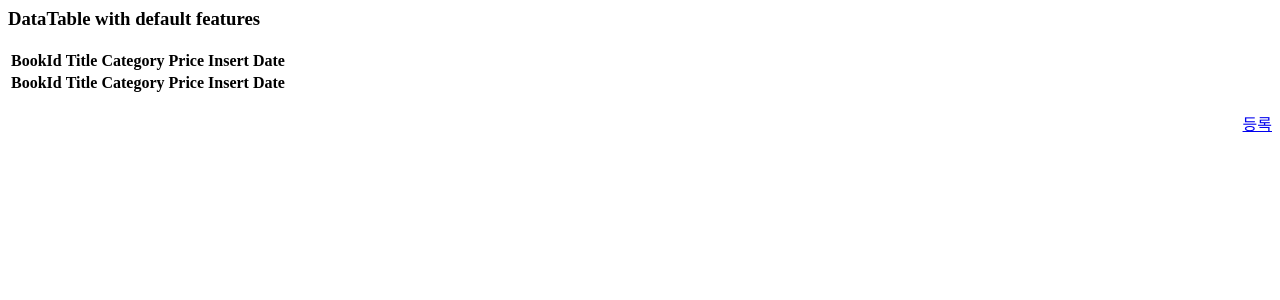
Repository: loy18/SPRING
Page: http://localhost/egovProj/WEB-INF/views/book/list.jsp
An editor plug-in stored every save of this project. The page is shown before and after the next save, followed by the edit.
The browser window is 1280 px wide. The pictures show the whole page.
The page is served by Tomcat 9. Nobody is signed in. Other server files are loaded and not shown. The template is opened directly, without the code that normally fills it, so the values that code supplies are empty.

Above is the page before, as saved 2022-11-14 07:39:42.

### egovProj/src/main/webapp/WEB-INF/views/book/list.jsp
<%@ page language="java" contentType="text/html; charset=UTF-8"%>
<%@ taglib prefix="c" uri="http://java.sun.com/jsp/jstl/core"%>
<%@ taglib prefix="fmt" uri="http://java.sun.com/jsp/jstl/fmt"%>
<div class="card">
	<div class="card-header">
		<h3 class="card-title">DataTable with default features</h3>
	</div>
	<div class="card-body">
		<div id="example1_wrapper" class="dataTables_wrapper dt-bootstrap4">
			<div class="row">
				<div class="col-sm-12">
					<table id="example1"
						class="table table-bordered table-striped dataTable dtr-inline"
						aria-describedby="example1_info">
						<thead>
							<tr>
								<th class="sorting sorting_asc" tabindex="0"
									aria-controls="example1" rowspan="1" colspan="1"
									aria-sort="ascending"
									aria-label="BookId: activate to sort column descending"
									cursorshover="true">BookId</th>
								<th class="sorting" tabindex="0" aria-controls="example1"
									rowspan="1" colspan="1"
									aria-label="Title: activate to sort column ascending"
									cursorshover="true">Title</th>
								<th class="sorting" tabindex="0" aria-controls="example1"
									rowspan="1" colspan="1"
									aria-label="Category: activate to sort column ascending"
									cursorshover="true">Category</th>
								<th class="sorting" tabindex="0" aria-controls="example1"
									rowspan="1" colspan="1"
									aria-label="Price: activate to sort column ascending">Price</th>
								<th class="sorting" tabindex="0" aria-controls="example1"
									rowspan="1" colspan="1"
									aria-label="Insert Date: activate to sort column ascending">Insert Date</th>
							</tr>
						</thead>
						<tbody>
						<c:forEach var="bookVO" items="${bookVOList }" varStatus="stat">
							<c:if test="${stat.count%2!=0 }"><tr class="odd"></c:if>
							<c:if test="${stat.count%2==0 }"><tr class="even"></c:if>
								<td class="dtr-control sorting_1" tabindex="0">${bookVO.bookId }</td>
								<td><a href="/book/detail?bookId=${bookVO.bookId }">${bookVO.title }</a></td>
								<td>${bookVO.category }</td>
								<td><fmt:formatNumber value="${bookVO.price }" pattern="#,###" /> </td>
								<td><fmt:formatDate value="${bookVO.insertDate }" pattern="yyyy년 MM월 dd일"/> </td>
							</tr>
							</c:forEach>
						</tbody>
						<tfoot>
							<tr>
								<th rowspan="1" colspan="1">BookId</th>
								<th rowspan="1" colspan="1">Title</th>
								<th rowspan="1" colspan="1">Category</th>
								<th rowspan="1" colspan="1">Price</th>
								<th rowspan="1" colspan="1">Insert Date</th>
							</tr>
						</tfoot>
					</table>
				</div>
			</div>
		</div>
	</div>
					<div class="card-footer">
					<div style="text-align:right;">
						<a href="/book/insert"  class="btn btn-outline-primary btn-sm"><p>등록</p></a>
						</div>
						</div>
</div>

After the next save:
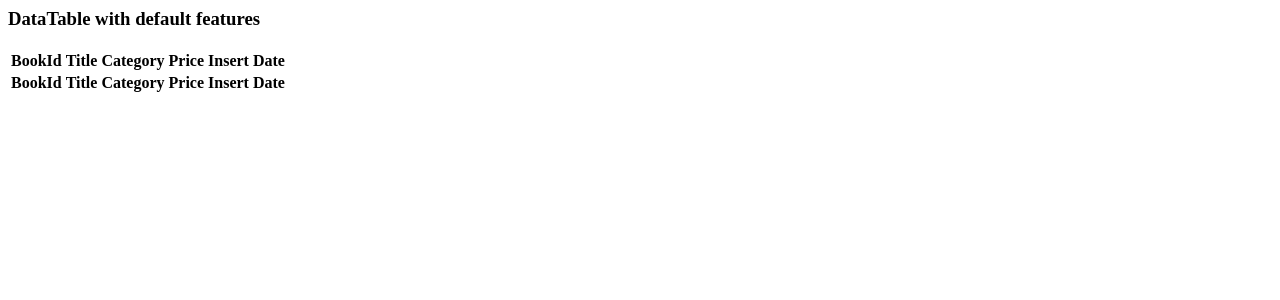
Saved 7 s later.
--- a/egovProj/src/main/webapp/WEB-INF/views/book/list.jsp
+++ b/egovProj/src/main/webapp/WEB-INF/views/book/list.jsp
@@ -63,7 +63,7 @@
 	</div>
 					<div class="card-footer">
 					<div style="text-align:right;">
-						<a href="/book/insert"  class="btn btn-outline-primary btn-sm"><p>등록</p></a>
+						<a href="/book/insert"  class="btn btn-outline-primary btn-sm"></a>
 						</div>
 						</div>
 </div>
